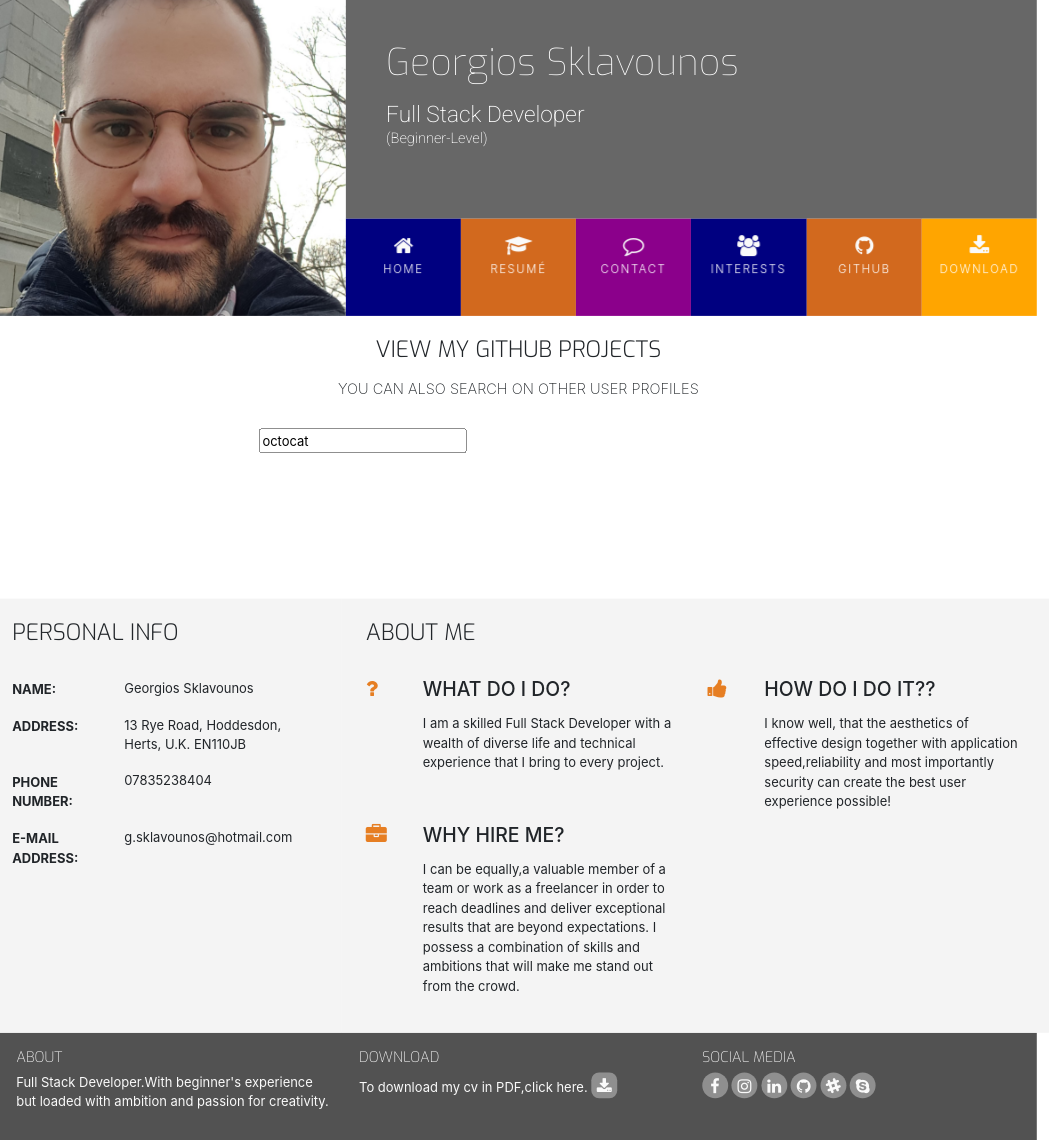
Repository: GeorgiosSklav/MyResume
Page: github.html
The author's editor kept a record of every edit. The page is drawn from the files as they stood at one moment, then again after the next edit.
The browser window is 1280 px wide. The page is 1295 px wide, so the pictures cover 1295 px, including what lies to the right of the window. The pictures show the whole page, at 81% of full size.

Above is the page before.

After the next edit:
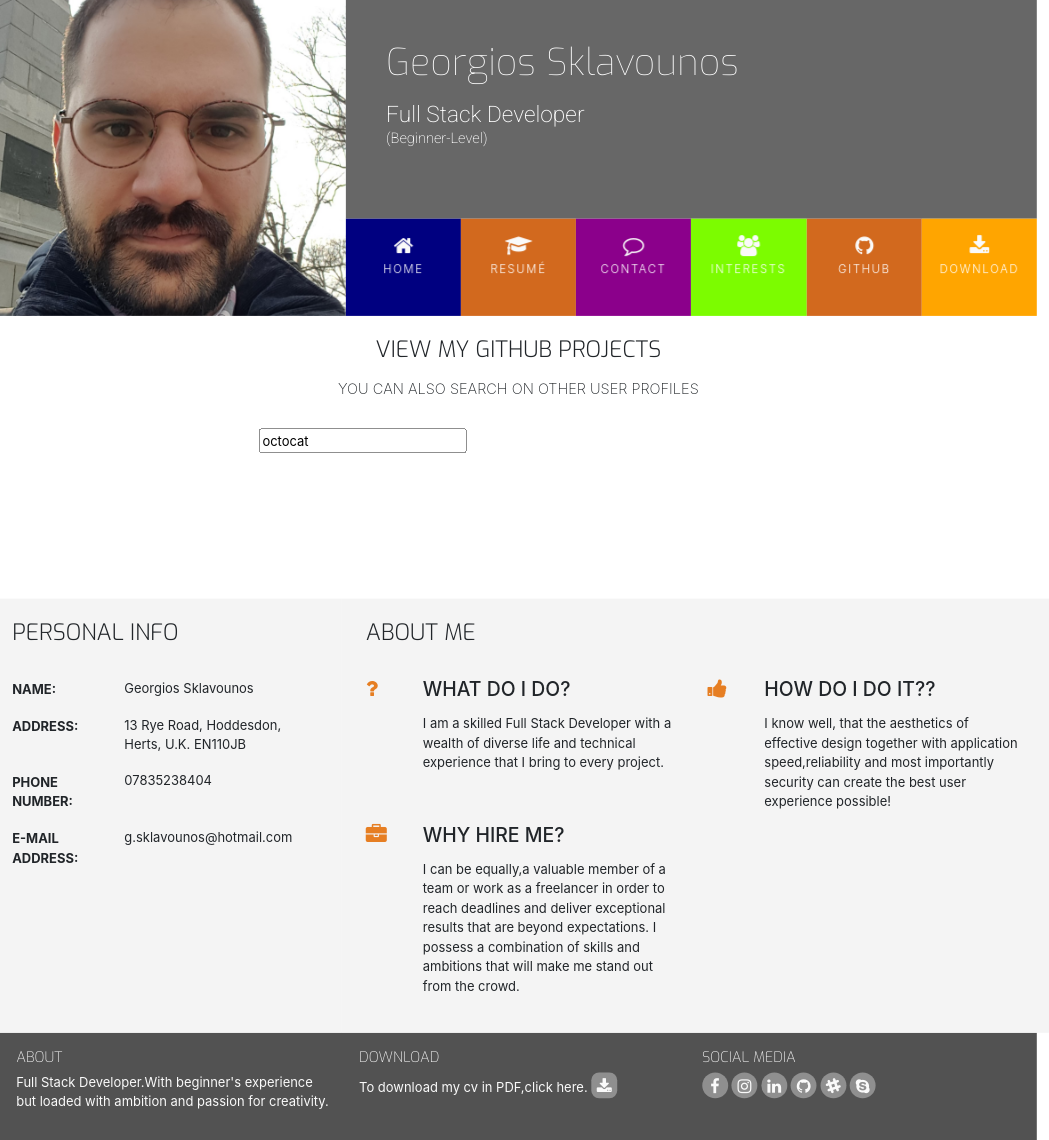
The edit:
--- a/assets/css/style.css
+++ b/assets/css/style.css
@@ -12,7 +12,7 @@
     background-color: #000080;
 }
 .color-interests {
-    background-color: #000080;
+    background-color: #7cfc00;
 }
 .color-github {
     background-color: #d2691e;
